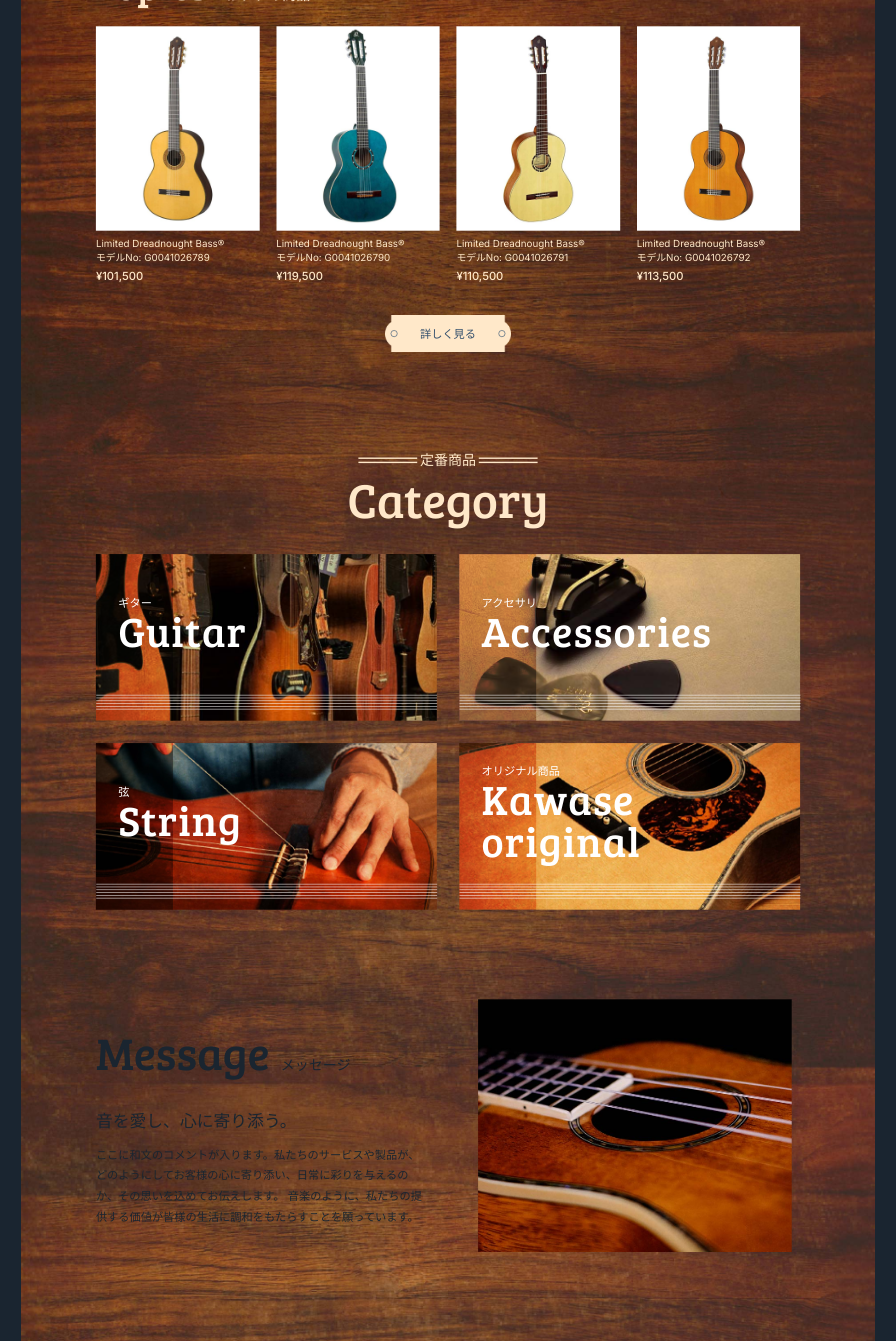
Repository: hyms035k/-----
Page: index.html
These files come from the project's save history. The page is drawn as it stood at one moment and after the next save; the edit follows.
The browser window is 1280 px wide. The pictures show the part of the page from y = 1522 to 3442 px (the page is 3438 px tall before and 3442 px after), at 70% of full size.
Some web fonts or font styles are not loaded; a fallback is used. Some web libraries are served in a nearby version. The style sheet was rebuilt from its Sass, Less or Tailwind sources for each picture, by a compiler version that may differ from the author's.

Above is the page before, as saved 2025-06-05 16:30:57.

### index.html
<!DOCTYPE html>
<html lang="ja">
<head>
    <meta charset="UTF-8">
    <meta name="viewport" content="width=device-width, initial-scale=1.0">
    <title>カワセ楽器（デモ）</title>

    <!-- Tailwind CSS CDN (開発版 - JITコンパイラ含む) -->
    <script src="https://cdn.tailwindcss.com"></script>
    <script>
        // Tailwind CSS の設定 (任意)
        // ここでテーマのカスタマイズなどが可能ですが、まずはデフォルトで進めます。
        // 例: tailwind.config = { theme: { extend: { colors: { 'custom-blue': '#243c5a' } } } }
    </script>
    <style type="text/tailwindcss">
        @layer components {
            .block-box {
                @apply py-10 md:py-20 xl:py-32;
            }
        }
        @layer utilities {
            .outside-double-border {
                @apply flex items-center mx-auto w-64;
            }
            .outside-double-border:before,
            .outside-double-border:after {
                @apply block flex-grow border-t-2 border-[#ffe8c9] border-b-2 border-[#ffe8c9] h-[8px];
                content: "";
            }
            .outside-double-border:before {
                @apply mr-1;
            }
            .outside-double-border:after {
                @apply ml-1;
            }
            .category-banner {
                @apply relative block h-[238px];
            }
            .category-banner > img {
                @apply absolute inset-0 w-full h-full object-cover z-0;
            }
            .category-banner > .overlay-filter {
                @apply absolute block top-0 left-0 h-full z-10;
                width: 22.6765799%;
                background-color: #444140;
                mix-blend-mode: overlay;
            }
            .category-banner > .banner-label {
                @apply absolute inset-0 z-20 flex items-center pl-8 pb-10 text-white;
            }
            .category-banner > .banner-label > span {
                @apply block;
            }
            .category-banner > .banner-label > span > :not(.font-serif) {
                @apply block font-medium leading-tight;
            }
            .category-banner > .banner-label > span > .font-serif {
                @apply block text-sm lg:text-[60px] leading-none tracking-wide;
            }
            .category-banner > .banner-line-6 {
                @apply absolute block bottom-4 left-1/2 w-full -translate-x-1/2 flex flex-col gap-[3px] z-20;
                opacity: 0.75;
            }
            .category-banner > .banner-line-6 > span {
                @apply block h-[1px] bg-white;
            }
            @screen md {
                .leading-relaxed {
                    line-height: 1.84;
                }
            }
        }
        @screen md {
            .container {
                @apply max-w-[650px]; /* 768px以上でコンテナのmax-widthは650px */
            }
        }
        @screen lg {
            .container {
                @apply max-w-[870px]; /* 992px以上でコンテナのmax-widthは870px */
            }
        }
        @screen xl {
            .container {
                @apply max-w-[1070px]; /* 1200px以上でコンテナのmax-widthは1070px */
            }
        }
        @screen 2xl {
            .container {
                @apply max-w-[1170px]; /* 1367px以上でコンテナのmax-widthは1170px */
            }
        }
    </style>
    <script>
        // InterフォントをTailwind CSSのデフォルトフォントとして設定
        tailwind.config = {
            theme: {
                // カスタムブレークポイントの定義
                screens: {
                    'sm': '640px',   // Tailwind CSSのデフォルト 'sm'
                    'md': '768px',   // ユーザー指定のBP
                    'lg': '992px',   // ユーザー指定のBP
                    'xl': '1200px',  // ユーザー指定のBP
                    '2xl': '1367px', // ユーザー指定のBP
                },
                // .container クラスのカスタマイズ
                container: {
                    center: true, // コンテナを中央揃えにする
                    padding: {
                        DEFAULT: '1.75rem',
                        md: '1.5rem',
                        lg: '2rem',
                    },
                    screens: {
                        sm: '640px',
                        md: '650px',
                        lg: '870px',
                        xl: '1070px',
                        '2xl': '1170px',
                    },
                },
                extend: {
                    fontFamily: {
                        // デフォルトのサンセリフフォントを Kiwi Maru に設定
                        sans: ['Kiwi Maru', 'Inter', 'sans-serif'],
                        // 見出し等で使用するセリフフォントとして Bree Serif を設定
                        serif: ['Bree Serif', 'serif'],
                    },
                }
            }
        }
    </script>

    <!-- GoogleFonts -->
    <link rel="preconnect" href="https://fonts.googleapis.com">
    <link rel="preconnect" href="https://fonts.gstatic.com" crossorigin>
    <link href="https://fonts.googleapis.com/css2?family=Kiwi+Maru:wght@400;500;600&display=swap" rel="stylesheet">
    <link href="https://fonts.googleapis.com/css2?family=Bree+Serif&display=swap" rel="stylesheet">

    <!-- Interフォントの読み込み (Tailwind CSSのデフォルトフォントファミリーと相性が良い) -->
    <link href="https://fonts.googleapis.com/css2?family=Inter:wght@400;500;600;700&display=swap" rel="stylesheet">

    <link href="./css/style.min.css" rel="stylesheet">
</head>
<body class="font-sans antialiased text-[#1a2530] bg-[#1a2530]">

    <!-- ヒーローセクション -->
    <section id="hero-section" class="h-screen flex flex-col items-center justify-center bg-cover bg-center text-white" aria-labelledby="hero-heading">
        <div class="container h-full flex flex-col items-center justify-center">
            <!-- ロゴのプレースホルダー -->
            <h1 class="hero-logo w-[80%] md:w-[46.1538461%] mx-auto"><img src="./img/top__hero_logo-min.png" alt=""></h1>
            <h2 id="hero-heading" class="text-2xl xl:text-[33px] text-center text-[#ffe1be] leading-[1.4] mt-6">
                あらゆる場面に対処できる<br>長年の経験と技術
            </h2>
        </div>
    </section>

    <main class="px-2 md:px-[30px]">
        <section id="block-1st" class="bg-cover bg-center">
            <div class="container block-box">
                <div class="lg:grid lg:grid-cols-2 lg:gap-[60px] items-center">
                    <div class="flex flex-col">
                        <div class="md:flex md:items-baseline md:gap-x-4 text-center md:text-left">
                            <p class="font-serif text-4xl lg:text-[65px] leading-tight">Message</p>
                            <h2 class="font-sans lg:text-[20px] mt-1">メッセージ</h2>
                        </div>
                        <div class="lg:hidden my-5">
                            <img src="./img/top__block1st_image.jpg" alt="メッセージのイメージ (スマホ)" class="w-full h-auto object-cover">
                        </div>
                        <div class="lg:mt-10">
                            <h3 class="font-sans text-[1.3rem] lg:text-[24px] font-medium">音を愛し、心に寄り添う。</h3>
                            <p class="font-sans text-base mt-4 leading-relaxed">
                                ここに和文のコメントが入ります。私たちのサービスや製品が、どのようにしてお客様の心に寄り添い、日常に彩りを与えるのか、その思いを込めてお伝えします。
                                音楽のように、私たちの提供する価値が皆様の生活に調和をもたらすことを願っています。
                            </p>
                        </div>
                    </div>
                    <div class="hidden lg:flex items-center justify-center">
                        <img src="./img/top__block1st_image.jpg" alt="メッセージのイメージ (PC)" class="w-full max-w-md h-auto object-cover">
                    </div>
                </div>
            </div>
        </section>

        <section id="block-2nd" class="bg-cover bg-top">
            <div class="container block-box pt-0">
                <!-- おすすめ商品 / Topics -->
                <div id="topics" class="block-box pb-0 text-[#ffe8c9]">
                    <div class="max-w-6xl mx-auto">
                        <div class="md:flex md:items-center md:justify-between">
                            <div class="tracking-wide md:flex md:items-baseline md:gap-x-4 text-center md:text-left">
                                <p class="text-4xl lg:text-[56px] font-serif leading-tight">Topics</p>
                                <h2 class="lg:text-[20px] ml-2 mt-1 md:mt-0 font-sans">おすすめ商品</h2>
                            </div>
                            <div class="quick-tab flex justify-center md:justify-end gap-2 lg:gap-4 text-sm mt-4 md:mt-0">
                                <div class="btn text-center active"><span><span>ランキング</span></span></div>
                                <div class="btn text-center"><span><span>新着</span></span></div>
                            </div>
                        </div>
                        <!-- 商品カードリスト -->
                        <div class="grid grid-cols-2 md:grid-cols-4 gap-6 mt-6 mb-11">
                            <!-- 商品カード（繰り返し） -->
                            <a href="" class="text-left block">
                                <img src="./img/top__block2nd_topics_guiter_1.jpg" alt="Limited Dreadnought Bass" class="mx-auto mb-2">
                                <span class="block text-xs sm:text-sm">
                                    Limited Dreadnought Bass®<br>
                                    モデルNo: G0041026789
                                </span>
                                <span class="block mt-1 font-medium">¥101,500</span>
                            </a>
                            <!-- 以下、繰り返し -->
                            <a href="" class="text-left block">
                                <img src="./img/top__block2nd_topics_guiter_2.jpg" alt="Limited Dreadnought Bass" class="mx-auto mb-2">
                                <span class="block text-xs sm:text-sm">
                                    Limited Dreadnought Bass®<br>
                                    モデルNo: G0041026790
                                </span>
                                <span class="block mt-1 font-medium">¥119,500</span>
                            </a>
                            <a href="" class="text-left block">
                                <img src="./img/top__block2nd_topics_guiter_3.jpg" alt="Limited Dreadnought Bass" class="mx-auto mb-2">
                                <span class="block text-xs sm:text-sm">
                                    Limited Dreadnought Bass®<br>
                                    モデルNo: G0041026791
                                </span>
                                <span class="block mt-1 font-medium">¥110,500</span>
                            </a>
                            <a href="" class="text-left block">
                                <img src="./img/top__block2nd_topics_guiter_4.jpg" alt="Limited Dreadnought Bass" class="mx-auto mb-2">
                                <span class="block text-xs sm:text-sm">
                                    Limited Dreadnought Bass®<br>
                                    モデルNo: G0041026792
                                </span>
                                <span class="block mt-1 font-medium">¥113,500</span>
                            </a>
                        </div>
                        <div class="text-center">
                            <a href="#" class="inline-block btn text-center"><span><span>詳しく見る</span></span></a>
                        </div>
                    </div>
                </div>

                <!-- 定番商品 / Category セクション -->
                <div id="category" class="block-box pb-0 text-[#ffe8c9]">
                    <div class="text-center mb-11">
                        <h2 class="outside-double-border text-3xl md:text-4xl lg:text-[20px] font-medium leading-tight">定番商品</h2>
                        <p class="font-serif text-lg lg:text-[70px] leading-none">Category</p>
                    </div>

                    <!-- バナー 2x2 -->
                    <div class="grid grid-cols-1 sm:grid-cols-2 gap-8">
                        <!-- バナー1 -->
                        <a href="" class="category-banner">
                            <img src="./img/top__block2nd_category_1.jpg" alt="バナー1">
                            <span class="overlay-filter"></span>
                            <span class="banner-label">
                                <span>
                                    <span>ギター</span>
                                    <span class="font-serif">Guitar</span>
                                </span>
                            </span>
                            <span class="banner-line-6">
                                <span></span>
                                <span></span>
                                <span></span>
                                <span></span>
                                <span></span>
                                <span></span>
                            </span>
                        </a>

                        <!-- バナー2 -->
                        <a href="" class="category-banner">
                            <img src="./img/top__block2nd_category_2.jpg" alt="バナー2">
                            <span class="overlay-filter"></span>
                            <span class="banner-label">
                                <span>
                                    <span>アクセサリ</span>
                                    <span class="font-serif">Accessories</span>
                                </span>
                            </span>
                            <span class="banner-line-6">
                                <span></span>
                                <span></span>
                                <span></span>
                                <span></span>
                                <span></span>
                                <span></span>
                            </span>
                        </a>

                        <!-- バナー3 -->
                        <a href="" class="category-banner">
                            <img src="./img/top__block2nd_category_3.jpg" alt="バナー3">
                            <span class="overlay-filter"></span>
                            <span class="banner-label">
                                <span>
                                    <span>弦</span>
                                    <span class="font-serif">String</span>
                                </span>
                            </span>
                            <span class="banner-line-6">
                                <span></span>
                                <span></span>
                                <span></span>
                                <span></span>
                                <span></span>
                                <span></span>
                            </span>
                        </a>

                        <!-- バナー4 -->
                        <a href="" class="category-banner">
                            <img src="./img/top__block2nd_category_4.jpg" alt="バナー4">
                            <span class="overlay-filter"></span>
                            <span class="banner-label">
                                <span>
                                    <span>オリジナル商品</span>
                                    <span class="font-serif">Kawase original</span>
                                </span>
                            </span>
                            <span class="banner-line-6">
                                <span></span>
                                <span></span>
                                <span></span>
                                <span></span>
                                <span></span>
                                <span></span>
                            </span>
                        </a>
                    </div>
                </div>

                <div class="lg:grid lg:grid-cols-2 lg:gap-[60px] items-center pt-10 md:pt-20 xl:pt-[8rem]">
                    <div class="flex flex-col">
                        <div class="md:flex md:items-baseline md:gap-x-4">
                            <h2 class="font-serif text-4xl lg:text-[65px] leading-tight">Message</h2>
                            <p class="font-sans lg:text-[20px] mt-1">メッセージ</p>
                        </div>
                        <div class="lg:hidden my-5">
                            <img src="./img/top__block1st_image.jpg" alt="メッセージのイメージ (スマホ)" class="w-full h-auto object-cover">
                        </div>
                        <div class="lg:mt-10">
                            <h3 class="font-sans text-[1.3rem] lg:text-[24px] font-medium">音を愛し、心に寄り添う。</h3>
                            <p class="font-sans text-base mt-4 leading-relaxed">
                                ここに和文のコメントが入ります。私たちのサービスや製品が、どのようにしてお客様の心に寄り添い、日常に彩りを与えるのか、その思いを込めてお伝えします。
                                音楽のように、私たちの提供する価値が皆様の生活に調和をもたらすことを願っています。
                            </p>
                        </div>
                    </div>
                    <div class="hidden lg:flex items-center justify-center">
                        <img src="./img/top__block1st_image.jpg" alt="メッセージのイメージ (PC)" class="w-full max-w-md h-auto object-cover">
                    </div>
                </div>
            </div>
        </section>
    </main>

</body>
</html>

### scss/style.scss
@charset "UTF-8";
@use "msg-config" as conf;

.remove {
	position: relative;
	overflow: hidden;
	display: block;
	width: 100%;
	height: 0;
	font-size: 0.5em;
	text-align: left;
	text-indent: -9999px;
	background-position: center;
	background-repeat: no-repeat;
	background-size: cover;
}

.btn {
	position: relative;
	overflow: hidden;
	color: conf.$navy;
	text-decoration: none !important;
	mask: url(../img/btn_mask-min.png) center left no-repeat;
	mask-size: auto 100%;
	cursor: pointer;
	> span {
		position: relative;
		overflow: hidden;
		display: block;
		background-color: conf.$light;
		mask: url(../img/btn_mask-min.png) center right no-repeat;
		mask-size: auto 100%;
		&:before {
			position: absolute;
			top: 0;
			left: 0;
			bottom: 0;
			display: block;
			width: 0;
			background-color: conf.$base;
			transition: 0.3s;
			content: "";
		}
		> span {
			position: relative;
			display: block;
			padding-top: 15px;
			padding-bottom: 15px;
			&:before, &:after {
				position: absolute;
				top: 50%;
				display: block;
				width: 10px;
				height: 10px;
				border: solid 1px conf.$navy-light;
				border-radius: 50%;
				transform: translateY(-50%);
				content: "";
			}
			&:before {
				left: 8px;
			}
			&:after {
				right: 8px;
			}
		}
	}
	&:hover, &:focus {
		color: conf.$light;
		> span {
			&:before {
				width: 100%;
			}
		}
	}
	&.inline-block {
		> span {
			> span {
				padding-left: 50px;
				padding-right: 50px;
			}
		}
	}
}

#hero {
	&-section {
		@include conf.mq(768) {
			background-image: url(../img/top__hero_bg.jpg);
		}
		@include conf.mq(0,768) {
			background-image: url(../img/top__hero_bg_sp.jpg);
		}
	}
}

#block {
	&-1st {
		background-image: url(../img/top__block1st_bg.jpg);
	}
	&-2nd {
		background-image: url(../img/top__block2nd_bg.jpg);
		.quick-tab {
			> .btn {
				@include conf.mq(768) {
					min-width: 150px;
				}
				@include conf.mq(0,768) {
					width: calc((100% - 0.5rem) * 0.5);
					max-width: 150px;
				}
				> span {
					> span {
						padding-top: 10px;
						padding-bottom: 10px;
						&:before, &:after {
							width: 6px;
							height: 6px;
						}
						&:before {
							left: 6px;
						}
						&:after {
							right: 6px;
						}
					}
				}
				&.active {
					color: conf.$light !important;
					> span {
						background-color: conf.$base !important;
					}
				}
			}
		}
	}
}

### scss/_msg-config.scss
@charset "UTF-8";

$base: #1a2530;
$light: #ffe8c9;

$navy: #34506d;
$navy-light: #4d667f;

$accent: #004097;
$bright-accent: #ccd9ea;
$hardright-accent: #eaedf0;
$lavender: #e2e7fe;
$blue: #5f7efb;
$green: #1CA038;
$deep-blue: #3268ED;
$lime: #aacc03;
$dark-gray: #4d4d4d;

@mixin mq($min:0, $max:0, $mode:'screen') {
	$bp_min: '';
	$bp_max: '';
	@if $min > 0 {
		$bp_min: ' and (min-width:#{$min}px)';
	}
	@if $max > 0 {
		$bp_max: ' and (max-width:#{$max - 1}px)';
	}

	@media #{$mode}#{$bp_min}#{$bp_max} {
		@content;
	}
}

@mixin center($y:1, $x:0){
	@if $y > 0 {
		top: 50%;
	}
	@if $x > 0 {
		left: 50%;
	}
	@if $y > 0 or $x > 0 {
		@if $y == 0 or $x == 0 {
			@if $y > 0 {
				transform: translateY(-50%);
			}
			@else {
				transform: translateX(-50%);
			}
		}
		@else {
			transform: translate(-50%,-50%);
		}
	}
}

@mixin full($fixed:0){
	@if $fixed > 0 {
		@if $fixed > 1 {
			position: relative;
		}
		@else{
			position: fixed;
		}
	}
	@else{
		position: absolute;
	}

	top: 0;
	left: 0;
	right: 0;
	bottom: 0;
	display: block;
	width: 100%;
	height: 100%;
}

After the next save:
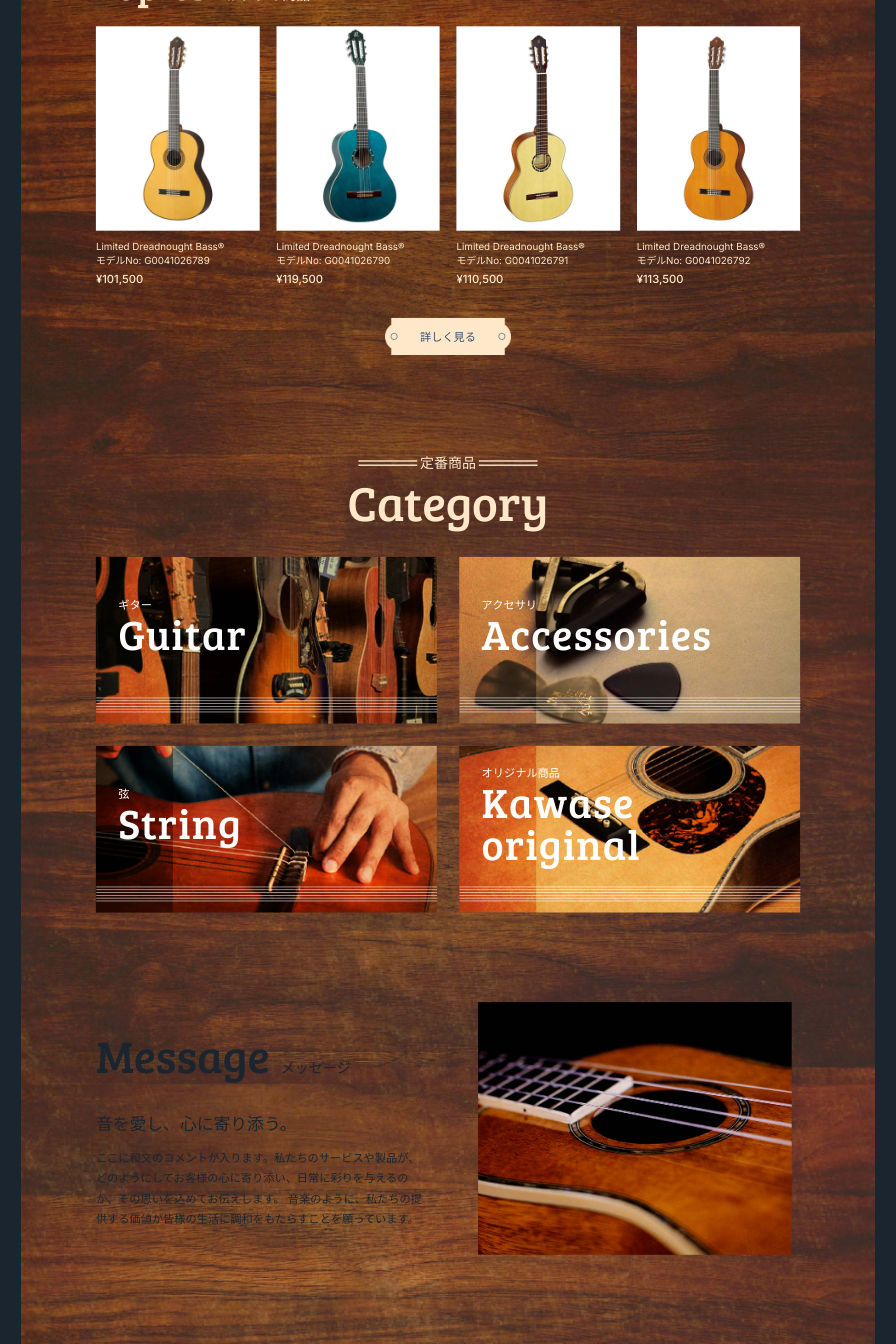
Saved 16 s later.
--- a/index.html
+++ b/index.html
@@ -201,7 +201,7 @@
                         <div class="grid grid-cols-2 md:grid-cols-4 gap-6 mt-6 mb-11">
                             <!-- 商品カード（繰り返し） -->
                             <a href="" class="text-left block">
-                                <img src="./img/top__block2nd_topics_guiter_1.jpg" alt="Limited Dreadnought Bass" class="mx-auto mb-2">
+                                <img src="./img/top__block2nd_topics_guiter_1.jpg" alt="Limited Dreadnought Bass" class="mx-auto mb-3">
                                 <span class="block text-xs sm:text-sm">
                                     Limited Dreadnought Bass®<br>
                                     モデルNo: G0041026789
@@ -210,7 +210,7 @@
                             </a>
                             <!-- 以下、繰り返し -->
                             <a href="" class="text-left block">
-                                <img src="./img/top__block2nd_topics_guiter_2.jpg" alt="Limited Dreadnought Bass" class="mx-auto mb-2">
+                                <img src="./img/top__block2nd_topics_guiter_2.jpg" alt="Limited Dreadnought Bass" class="mx-auto mb-3">
                                 <span class="block text-xs sm:text-sm">
                                     Limited Dreadnought Bass®<br>
                                     モデルNo: G0041026790
@@ -218,7 +218,7 @@
                                 <span class="block mt-1 font-medium">¥119,500</span>
                             </a>
                             <a href="" class="text-left block">
-                                <img src="./img/top__block2nd_topics_guiter_3.jpg" alt="Limited Dreadnought Bass" class="mx-auto mb-2">
+                                <img src="./img/top__block2nd_topics_guiter_3.jpg" alt="Limited Dreadnought Bass" class="mx-auto mb-3">
                                 <span class="block text-xs sm:text-sm">
                                     Limited Dreadnought Bass®<br>
                                     モデルNo: G0041026791
@@ -226,7 +226,7 @@
                                 <span class="block mt-1 font-medium">¥110,500</span>
                             </a>
                             <a href="" class="text-left block">
-                                <img src="./img/top__block2nd_topics_guiter_4.jpg" alt="Limited Dreadnought Bass" class="mx-auto mb-2">
+                                <img src="./img/top__block2nd_topics_guiter_4.jpg" alt="Limited Dreadnought Bass" class="mx-auto mb-3">
                                 <span class="block text-xs sm:text-sm">
                                     Limited Dreadnought Bass®<br>
                                     モデルNo: G0041026792
